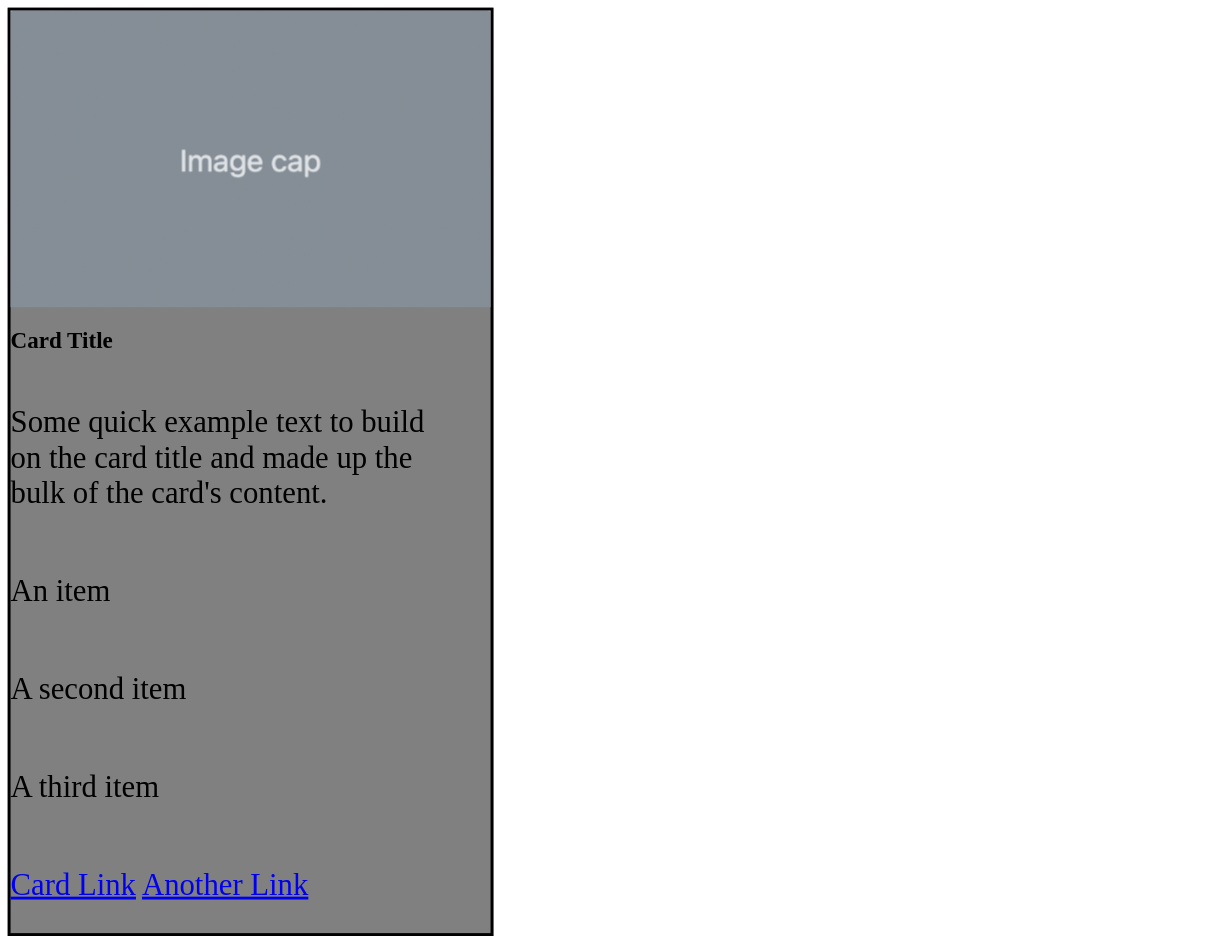
Repository: tr2cky/nav
Page: card.html
These files come from the project's save history. The page is drawn as it stood at one moment and after the next save; the edit follows.
The browser window is 1280 px wide. The pictures show the whole page, at 96% of full size.

Above is the page before, as saved 2022-09-27 16:10:28.

### card.html
<!DOCTYPE html>
<html lang="en">

<head>
    <meta charset="UTF-8">
    <meta http-equiv="X-UA-Compatible" content="IE=edge">
    <meta name="viewport" content="width=device-width, initial-scale=1.0">
    <title>Document</title>
    <link rel="stylesheet" href="style.css">
</head>

<body>
    <article class="container">
        <img src="imagecap.png"  alt="Image Cap">
        <h2>Card Title</h2>
        <p>Some quick example text to build <br>
            on the card title and made up the <br>
            bulk of the card's content.</p>
        <p>An item</p>
        <p>A second item</p>
        <p>A third item</p>
        <p><a href="https://google.com">Card Link</a> <a href="https://twitter.com">Another Link</a></p>
    </article>
</body>

</html>

### style.css
.container {
    display: flex;
    flex-direction: column;
    border: 3px solid black;
    max-width: 500px;
    background-color: gray;
    gap: 1px;
}
.container > img {
    width: 500px;
}
.container > p {
    font-size: 2rem;
}

After the next save:
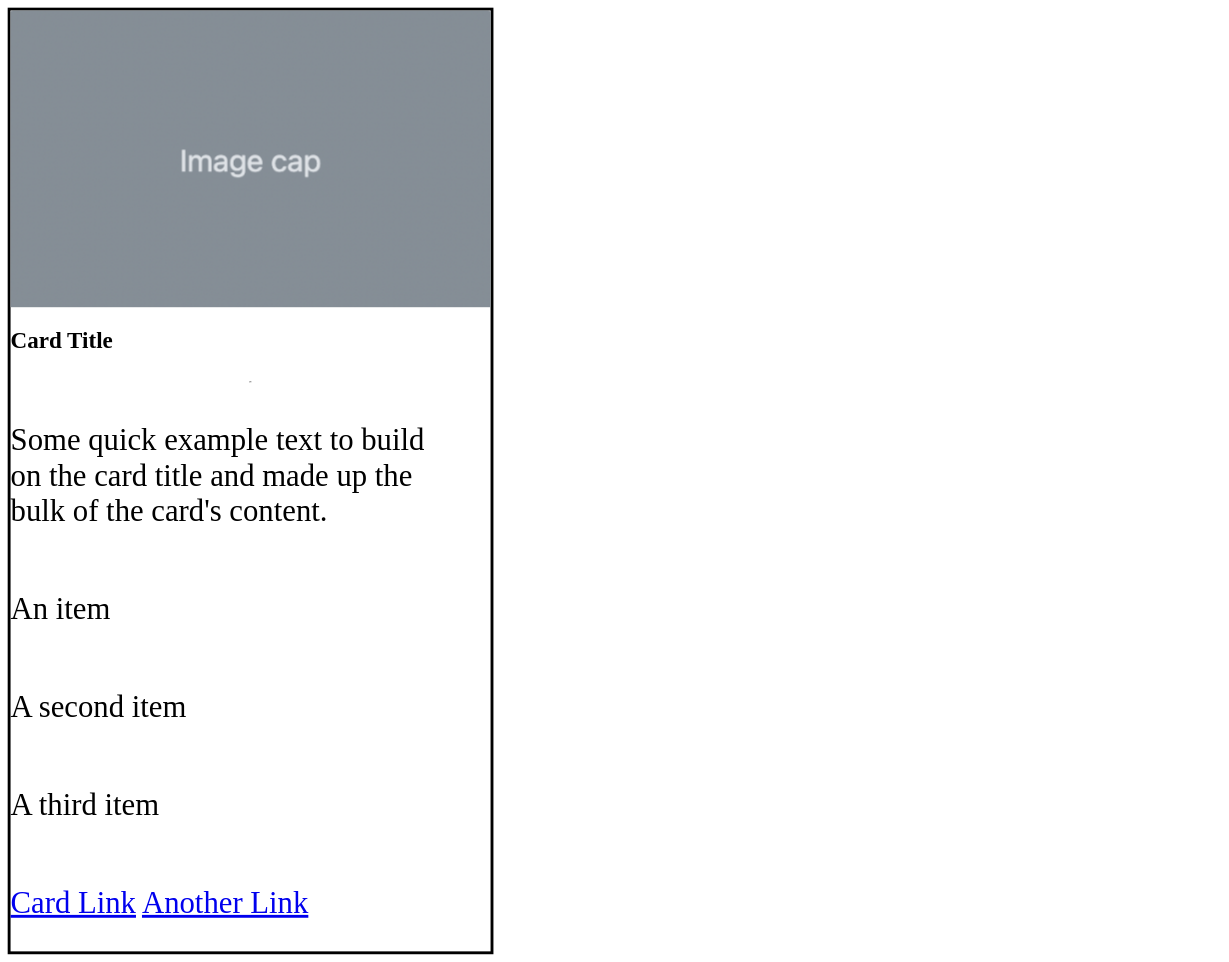
Saved 29 s later.
--- a/card.html
+++ b/card.html
@@ -13,6 +13,7 @@
     <article class="container">
         <img src="imagecap.png"  alt="Image Cap">
         <h2>Card Title</h2>
+        <hr>
         <p>Some quick example text to build <br>
             on the card title and made up the <br>
             bulk of the card's content.</p>
--- a/style.css
+++ b/style.css
@@ -3,7 +3,6 @@
     flex-direction: column;
     border: 3px solid black;
     max-width: 500px;
-    background-color: gray;
     gap: 1px;
 }
 .container > img {
